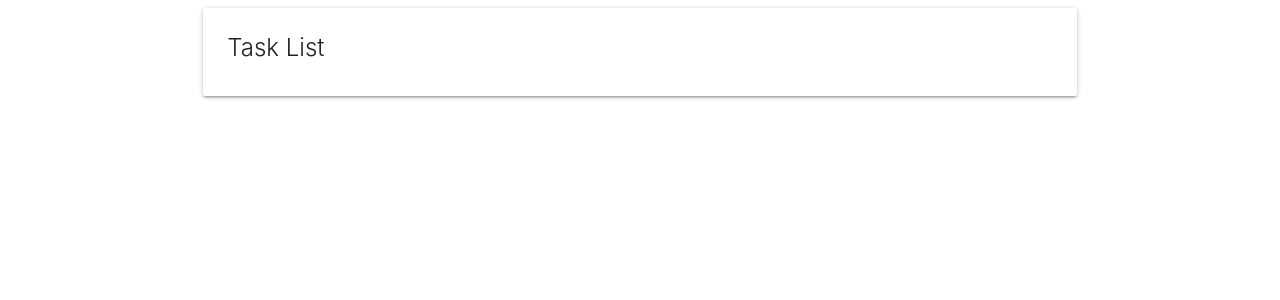
Repository: YasirGaji/Sandbox
Page: index.html
The author's editor kept a copy of each file at every save. The page is drawn from the files as they stood at one save, then again after the next save.
The browser window is 1280 px wide. The pictures show the whole page.

Above is the page before, as saved 2021-12-01 15:13:16.

### index.html
<!DOCTYPE html>
<html lang="en">
<head>
  <meta charset="UTF-8">
  <meta http-equiv="X-UA-Compatible" content="IE=edge">
  <meta name="viewport" content="width=device-width, initial-scale=1.0">

  <!-- Compiled and minified CSS -->
  <link rel="stylesheet" href="https://cdnjs.cloudflare.com/ajax/libs/materialize/1.0.0/css/materialize.min.css">

  <link rel="stylesheet" href="https://cdn.jsdelivr.net/npm/@fortawesome/fontawesome-free@5.15.4/css/fontawesome.min.css" integrity="sha384-jLKHWM3JRmfMU0A5x5AkjWkw/EYfGUAGagvnfryNV3F9VqM98XiIH7VBGVoxVSc7" crossorigin="anonymous">

  <title>Task List</title>
</head>
<body>
  <div class="container">
    <div class="row">
      <div class="col s12">
        <div id="main" class="card">
          <div class="card-content">
            <span class="card-title">Task List</span>
          </div>
        </div>
      </div>
    </div>
  </div>

  <script
  src="https://code.jquery.com/jquery-3.6.0.js"
  integrity="sha256-H+K7U5CnXl1h5ywQfKtSj8PCmoN9aaq30gDh27Xc0jk="
  crossorigin="anonymous"></script>

  <!-- Compiled and minified JavaScript -->
  <script src="https://cdnjs.cloudflare.com/ajax/libs/materialize/1.0.0/js/materialize.min.js"></script>

  <script src="/app.js"></script>
</body>
</html>

Loaded but not shown: app.js (no stored copy; drawn as an empty file)

After the next save:
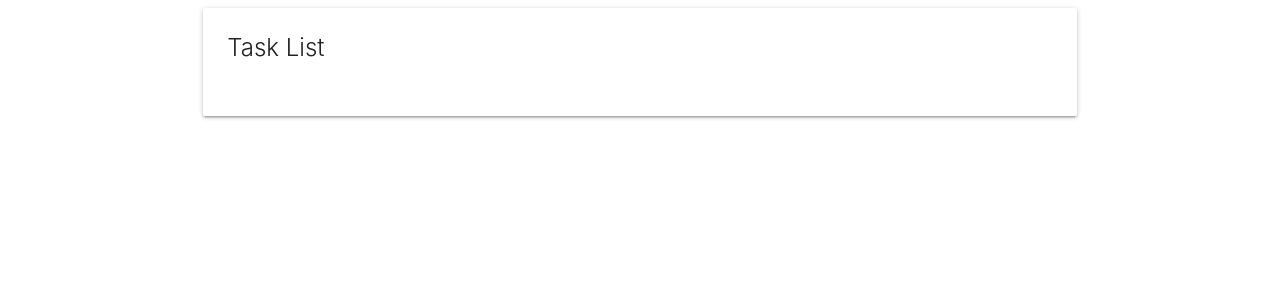
Saved 92 s later.
--- a/index.html
+++ b/index.html
@@ -19,6 +19,11 @@
         <div id="main" class="card">
           <div class="card-content">
             <span class="card-title">Task List</span>
+            <div class="row">
+              <form id="task-form">
+
+              </form>
+            </div>
           </div>
         </div>
       </div>
